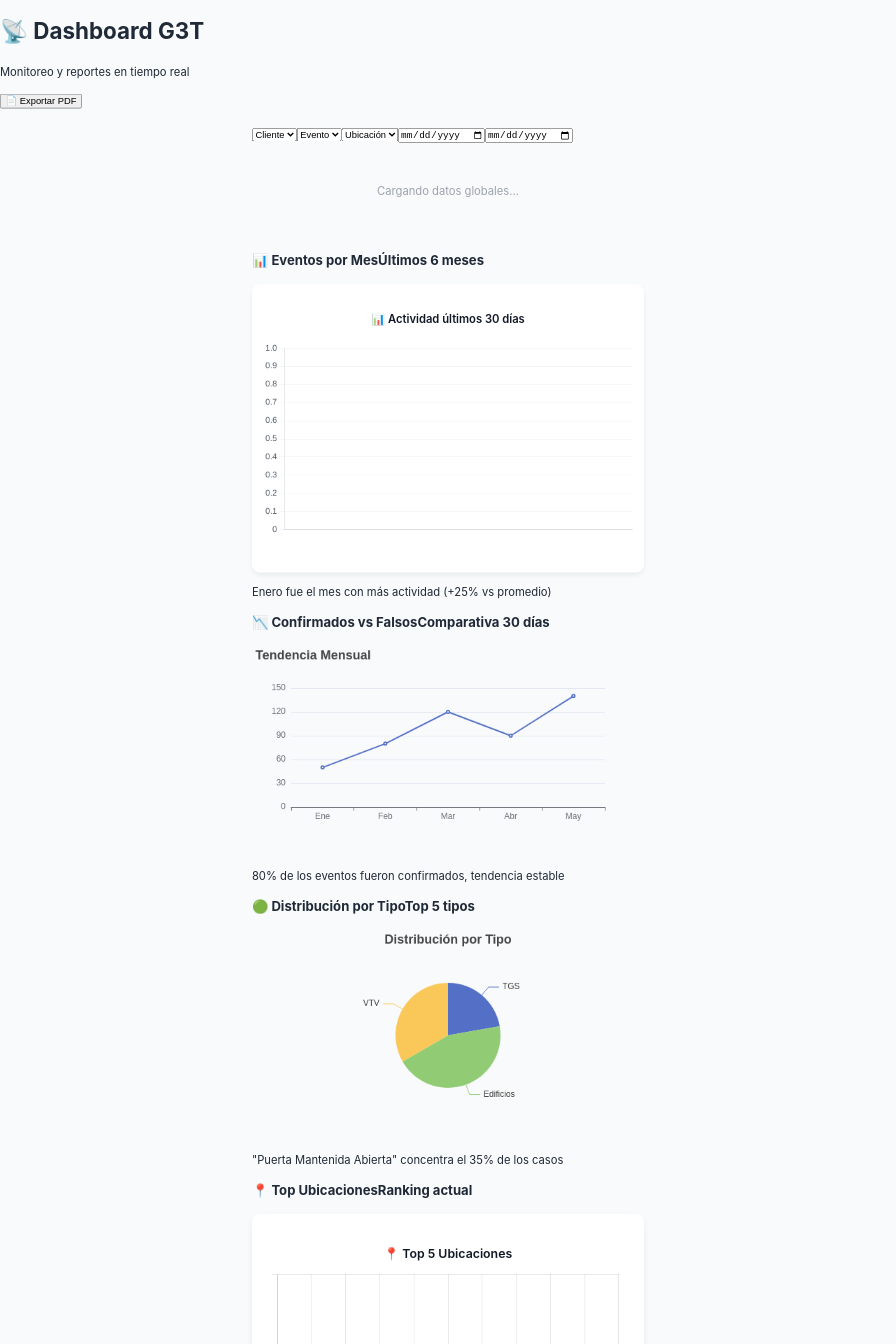
Repository: BBrian11/reportes
Page: /
These files come from the project's save history. The page is drawn as it stood at one moment and after the next save; the edit follows.
The browser window is 1280 px wide. The pictures show the part of the page from y = 0 to 1920 px (the page is 2575 px tall before and 2535 px after), at 70% of full size.
The page's requests for data from a server got no answer. The project was rebuilt for these pictures with package versions that can differ from the ones it lists, and the page was loaded fresh each time. No one was signed in, and anything a server would have sent is missing. Also part of the build but not shown: vite.config.js, src/components/Dashboard/StatsCards.jsx, src/components/Dashboard/ExportPDF.jsx, src/styles/tgsstats.css, src/components/Dashboard/TgsStats.jsx, src/styles/edificiostats.css, src/components/Dashboard/EdificioStats.jsx, src/styles/vtvstats.css and 3 more.

Above is the page before, as saved 2025-07-30 11:01:59.

### index.html
<!DOCTYPE html>
<html lang="es">
  <head>
    <meta charset="UTF-8" />
    <meta name="viewport" content="width=device-width, initial-scale=1.0" />
    <title>Dashboard G3T</title>
  </head>
  <body>
    <div id="root"></div>
    <script type="module" src="/src/main.jsx"></script>
  </body>
</html>

### src/main.jsx
import React from "react";
import ReactDOM from "react-dom/client";
import App from "./App.jsx";
import "./styles/dashboard.css";
import "./styles/form.css";

ReactDOM.createRoot(document.getElementById("root")).render(
  <React.StrictMode>
    <App />
  </React.StrictMode>
);

### src/App.jsx
import React from "react";
import Dashboard from "./components/Dashboard/Dashboard.jsx";

export default function App() {
  return <Dashboard />;
}

### src/components/Dashboard/Dashboard.jsx
// src/components/Dashboard/Dashboard.jsx
import React, { useEffect, useState } from "react";
import Header from "./Header.jsx";
import StatsCards from "./StatsCards.jsx";
import Filters from "./Filters.jsx";
import Charts from "./Charts.jsx";
import EventsTable from "./EventsTable.jsx";
import ExportPDF from "./ExportPDF.jsx";

import { collection, onSnapshot } from "firebase/firestore";
import { db } from "../../services/firebase";
import "../../styles/dashboard.css";
import TgsStats from "./TgsStats.jsx";
import EdificioStats from "./EdificioStats.jsx";
import VtvStats from "./VtvStats.jsx";
import GlobalStats from "./GlobalStats.jsx";



export default function Dashboard() {
  const [eventos, setEventos] = useState([]);
  const [filtros, setFiltros] = useState({
    cliente: "",
    evento: "",
    ubicacion: "",
    fechaInicio: "",
    fechaFin: "",
  });

  // 🔹 Cargar datos de TODAS las colecciones
  useEffect(() => {
    const collections = [
      { path: "novedades/tgs/eventos", cliente: "TGS", eventoKey: "evento-tgs", ubicacionKey: "locaciones-tgs" },
      { path: "novedades/edificios/eventos", cliente: "Edificios", eventoKey: "evento-edificio" }, // 🔥 Sin ubicacionKey fijo
      { path: "novedades/vtv/eventos", cliente: "VTV", eventoKey: "evento-vtv", ubicacionKey: "planta-vtv" },
      { path: "novedades/barrios/eventos", cliente: "Barrios", eventoKey: "evento-barrios", ubicacionKey: "barrio" },
      { path: "novedades/otros/eventos", cliente: "Otros", eventoKey: "evento-otros", ubicacionKey: "otro" }
    ];


    const unsubscribes = collections.map(({ path, cliente, eventoKey, ubicacionKey }) =>
      onSnapshot(collection(db, path), (snapshot) => {
        const nuevos = snapshot.docs.map((doc) => {
          const d = doc.data();

          let ubicacion = "Sin Ubicación";

          if (cliente === "Edificios") {
            // ✅ Armar la ubicación con Edificio + Unidad
            const edificio = d["edificio"] || "";
            const unidad = d["unidad"] ? ` - ${d["unidad"]}` : "";
            ubicacion = edificio ? edificio + unidad : "Sin Ubicación";
          } else {
            // ✅ Para los demás clientes usamos ubicacionKey
            ubicacion = d[ubicacionKey] || "Sin Ubicación";
          }

          return {
            id: doc.id,
            cliente,
            evento: d[eventoKey] || "Sin Evento",
            ubicacion,
            fecha: d.fechaHoraEnvio
              ? new Date(d.fechaHoraEnvio.seconds * 1000).toLocaleString("es-AR")
              : "Sin Fecha",
            observacion: d[`observaciones-${cliente.toLowerCase()}`] || "Sin Observación",
          };
        });


        setEventos((prev) => {
          const filtradosPrev = prev.filter((e) => e.cliente !== cliente);
          return [...filtradosPrev, ...nuevos];
        });
      })
    );

    return () => unsubscribes.forEach((unsub) => unsub());
  }, []);

  const eventosFiltrados = eventos
  .filter((e) => {
    const fechaEvento = new Date(e.fecha); // Asegura que sea Date
    const fechaInicio = filtros.fechaInicio ? new Date(filtros.fechaInicio) : null;
    const fechaFin = filtros.fechaFin ? new Date(filtros.fechaFin) : null;

    return (
      (!filtros.cliente || e.cliente === filtros.cliente) &&
      (!filtros.evento || e.evento === filtros.evento) &&
      (!filtros.ubicacion || e.ubicacion === filtros.ubicacion) &&
      (!fechaInicio || fechaEvento >= fechaInicio) &&
      (!fechaFin || fechaEvento <= fechaFin)
    );
  })
  // ✅ Ordenar por fecha ASC para gráficos
  .sort((a, b) => new Date(a.fecha) - new Date(b.fecha));

  return (
    <div className="dashboard-container">
      <Header />
      <div className="dashboard-content">
        <Filters filtros={filtros} setFiltros={setFiltros} eventos={eventos} />

        {/* ✅ Si NO hay cliente seleccionado → Vista general */}
        {!filtros.cliente && (
          <>

            <GlobalStats eventos={eventosFiltrados} />
            <Charts eventos={eventosFiltrados} />
            <EventsTable eventos={eventosFiltrados} />
          </>
        )}

        {/* ✅ Si hay cliente seleccionado → Vista exclusiva */}
        {filtros.cliente && (
          <>
            {filtros.cliente === "TGS" && (
              <TgsStats eventos={eventosFiltrados.filter(e => e.cliente === "TGS")} />
            )}
            {filtros.cliente === "Edificios" && (
              <EdificioStats eventos={eventosFiltrados.filter(e => e.cliente === "Edificios")} />
            )}
            {filtros.cliente === "VTV" && (
              <VtvStats eventos={eventosFiltrados.filter(e => e.cliente === "VTV")} />
            )}

            <Charts eventos={eventosFiltrados} />
            <EventsTable eventos={eventosFiltrados} />
          </>
        )}
      </div>
    </div>
  );



}

### src/components/Dashboard/Header.jsx
import React from 'react';

export default function Header() {
  return (
    <div className="bg-gradient-to-r from-blue-700 to-indigo-800 text-white p-4 rounded-lg shadow-md flex justify-between items-center mb-4">
      <div>
        <h1 className="text-xl font-bold">📡 Dashboard G3T</h1>
        <p className="text-sm">Monitoreo y reportes en tiempo real</p>
      </div>
      <button className="bg-white text-blue-900 px-4 py-2 rounded shadow hover:bg-gray-200 transition">
        📄 Exportar PDF
      </button>
    </div>
  );
}

### src/components/Dashboard/Filters.jsx
import React from 'react';

export default function Filters() {
  return (
    <div className="bg-white p-4 rounded-lg shadow mb-4 flex flex-wrap gap-2">
      <select className="border p-2 rounded w-full md:w-auto">
        <option>Cliente</option>
      </select>
      <select className="border p-2 rounded w-full md:w-auto">
        <option>Evento</option>
      </select>
      <select className="border p-2 rounded w-full md:w-auto">
        <option>Ubicación</option>
      </select>
      <input type="date" className="border p-2 rounded w-full md:w-auto" />
      <input type="date" className="border p-2 rounded w-full md:w-auto" />
    </div>
  );
}

### src/components/Dashboard/Charts.jsx
import React from "react";
import BarChart from "./BarChart";
import PieChart from "./PieChart";
import LineChart from "./LineChart";
import HorizontalChart from "./HorizontalChart";
import {
  Chart as ChartJS,
  CategoryScale,
  LinearScale,
  BarElement,
  ArcElement,
  PointElement,
  LineElement,
  Title,
  Tooltip,
  Legend,
} from "chart.js";

ChartJS.register(
  CategoryScale,
  LinearScale,
  BarElement,
  ArcElement,
  PointElement,
  LineElement,
  Title,
  Tooltip,
  Legend
);

export default function Charts({ eventos }) {
  return (
    <div className="grid grid-cols-1 lg:grid-cols-2 gap-6 mb-6">
      {/* Eventos por mes */}
      <div className="bg-white rounded-xl shadow p-4 hover:shadow-lg transition">
        <h3 className="text-lg font-semibold mb-4 flex items-center justify-between">
          📊 Eventos por Mes
          <span className="text-xs text-gray-500">Últimos 6 meses</span>
        </h3>
        <BarChart eventos={eventos} />
        <p className="text-sm text-gray-500 mt-3 text-center">
          Enero fue el mes con más actividad (+25% vs promedio)
        </p>
      </div>

      {/* Tendencia Confirmados vs Falsos */}
      <div className="bg-white rounded-xl shadow p-4 hover:shadow-lg transition">
        <h3 className="text-lg font-semibold mb-4 flex items-center justify-between">
          📉 Confirmados vs Falsos
          <span className="text-xs text-gray-500">Comparativa 30 días</span>
        </h3>
        <LineChart eventos={eventos} />
        <p className="text-sm text-gray-500 mt-3 text-center">
          80% de los eventos fueron confirmados, tendencia estable
        </p>
      </div>

      {/* Distribución por tipo */}
      <div className="bg-white rounded-xl shadow p-4 hover:shadow-lg transition">
        <h3 className="text-lg font-semibold mb-4 flex items-center justify-between">
          🟢 Distribución por Tipo
          <span className="text-xs text-gray-500">Top 5 tipos</span>
        </h3>
        <PieChart eventos={eventos} />
        <p className="text-sm text-gray-500 mt-3 text-center">
          "Puerta Mantenida Abierta" concentra el 35% de los casos
        </p>
      </div>

      {/* Top ubicaciones */}
      <div className="bg-white rounded-xl shadow p-4 hover:shadow-lg transition">
        <h3 className="text-lg font-semibold mb-4 flex items-center justify-between">
          📍 Top Ubicaciones
          <span className="text-xs text-gray-500">Ranking actual</span>
        </h3>
        <HorizontalChart eventos={eventos} />
        <p className="text-sm text-gray-500 mt-3 text-center">
          Planta Sur lidera con el 40% del total de eventos
        </p>
      </div>
    </div>
  );
}

### src/components/Dashboard/EventsTable.jsx
import React from "react";
import DataTable, { createTheme } from "react-data-table-component";
import "../../styles/eventstable.css";

// ✅ Tema personalizado para DataTable
createTheme("g3tTheme", {
  text: {
    primary: "#1f2937",
    secondary: "#6b7280",
  },
  background: {
    default: "#ffffff",
  },
  context: {
    background: "#2563eb",
    text: "#FFFFFF",
  },
  divider: {
    default: "#e5e7eb",
  },
  action: {
    button: "rgba(0,0,0,.54)",
    hover: "rgba(0,0,0,.08)",
    disabled: "rgba(0,0,0,.12)",
  },
});

export default function EventsTable({ eventos }) {
  const columns = [
    { name: "Cliente", selector: row => row.cliente, sortable: true, grow: 1.2 },
    { name: "Evento", selector: row => row.evento, sortable: true, grow: 1.5 },
    { name: "Ubicación", selector: row => row.ubicacion, grow: 1.3 },
    { name: "Fecha", selector: row => row.fecha, sortable: true, right: true, grow: 1.2 },
    { name: "Observación", selector: row => row.observacion, grow: 2, wrap: true },
  ];

  const customStyles = {
    headCells: {
      style: {
        fontWeight: "700",
        fontSize: "14px",
        backgroundColor: "#111827",
        color: "#fff",
        paddingTop: "12px",
        paddingBottom: "12px",
      },
    },
    cells: {
      style: {
        fontSize: "13px",
        paddingTop: "8px",
        paddingBottom: "8px",
      },
    },
    rows: {
      style: {
        "&:hover": {
          backgroundColor: "#f3f4f6",
          cursor: "pointer",
        },
      },
    },
  };

  return (
    <div className="event-table-card">
      <div className="table-header">
        <h3 className="table-title">
          📋 Registro de Eventos
        </h3>
        <span className="table-subtitle">Listado actualizado en tiempo real</span>
      </div>
      <DataTable
        columns={columns}
        data={eventos}
        pagination
        highlightOnHover
        responsive
        persistTableHead
        striped
        noDataComponent="No hay eventos para mostrar."
        theme="g3tTheme"
        customStyles={customStyles}
        paginationPerPage={10}
        paginationRowsPerPageOptions={[10, 20, 50]}
        fixedHeader
        fixedHeaderScrollHeight="400px"
      />
    </div>
  );
}

### src/components/Dashboard/GlobalStats.jsx
import React from "react";
import "../../styles/globalstats.css";

export default function GlobalStats({ eventos }) {
  if (!eventos || eventos.length === 0) {
    return (
      <div className="loading-message">Cargando datos globales...</div>
    );
  }

  // Contar frecuencia de eventos
  const eventCount = {};
  eventos.forEach(e => {
    eventCount[e.evento] = (eventCount[e.evento] || 0) + 1;
  });

  const eventosOrdenados = Object.entries(eventCount)
    .sort((a, b) => b[1] - a[1])
    .slice(0, 5); // Top 5 eventos

  const totalEventos = eventos.length;

  return (
    <div className="global-card">
      <h3 className="global-title">📊 Analítica General</h3>
      <div className="global-grid">
        <div className="global-item">
          <p className="global-label">Total Eventos</p>
          <h2 className="global-value">{totalEventos}</h2>
        </div>
        <div className="global-item">
          <p className="global-label">Eventos únicos</p>
          <h2 className="global-value">{Object.keys(eventCount).length}</h2>
        </div>
      </div>

      <div className="ranking-card">
        <h4 className="ranking-title">Eventos más frecuentes</h4>
        <ul className="ranking-list">
          {eventosOrdenados.map(([evento, count], idx) => (
            <li key={idx} className="ranking-item">
              <span className="ranking-name">{evento}</span>
              <span className="ranking-count">{count}</span>
            </li>
          ))}
        </ul>
      </div>
    </div>
  );
}

### src/styles/statscards.css
.stats-grid {
    display: grid;
    grid-template-columns: 1fr;
    gap: 20px;
    margin-bottom: 20px;
  }

  @media (min-width: 768px) {
    .stats-grid {
      grid-template-columns: repeat(3, 1fr);
    }
  }

  .stats-card {
    background: #fff;
    padding: 20px;
    border-radius: 12px;
    box-shadow: 0 4px 8px rgba(0,0,0,0.08);
    display: flex;
    align-items: center;
    gap: 15px;
    transition: transform 0.2s ease, box-shadow 0.2s ease;
  }

  .stats-card:hover {
    transform: translateY(-4px);
    box-shadow: 0 8px 16px rgba(0,0,0,0.12);
  }

  .stats-icon {
    font-size: 2rem;
    background: #f3f4f6;
    border-radius: 50%;
    width: 50px;
    height: 50px;
    display: flex;
    align-items: center;
    justify-content: center;
  }

  .stats-title {
    font-size: 0.9rem;
    color: #6b7280;
    font-weight: 500;
  }

  .stats-value {
    font-size: 1.4rem;
    font-weight: bold;
    color: #111827;
  }

  .loading-message {
    text-align: center;
    font-size: 1rem;
    color: #9ca3af;
  }

### src/components/Dashboard/BarChart.jsx
import { Bar } from "react-chartjs-2";
import "../../styles/barChart.css";

export default function BarChart({ eventos }) {
  // ✅ Filtrar últimos 30 días
  const hoy = new Date();
  const hace30dias = new Date();
  hace30dias.setDate(hoy.getDate() - 30);

  const ultimosEventos = eventos.filter(e => {
    const fecha = new Date(e.fecha);
    return fecha >= hace30dias && fecha <= hoy;
  });

  // ✅ Agrupar por día
  const grouped = {};
  ultimosEventos.forEach(e => {
    const date = new Date(e.fecha);
    const key = date.toLocaleDateString("es-AR", { day: "2-digit", month: "short" });
    grouped[key] = (grouped[key] || 0) + 1;
  });

  // ✅ Ordenar por fecha real (usando índice de fecha)
  const sortedKeys = Object.keys(grouped).sort((a, b) => {
    const parse = (str) => {
      const [day, month] = str.split(" ");
      const meses = ["ene","feb","mar","abr","may","jun","jul","ago","sep","oct","nov","dic"];
      return new Date(2025, meses.indexOf(month), parseInt(day));
    };
    return parse(a) - parse(b);
  });

  const data = {
    labels: sortedKeys,
    datasets: [
      {
        label: "Eventos",
        data: sortedKeys.map(k => grouped[k]),
        backgroundColor: "#2563eb",
        borderRadius: 6,
        barThickness: 18,
      },
    ],
  };

  const options = {
    responsive: true,
    maintainAspectRatio: false,
    plugins: {
      legend: { display: false },
      tooltip: {
        callbacks: {
          label: (ctx) => `${ctx.parsed.y} eventos`,
        },
      },
    },
    scales: {
      x: {
        ticks: { color: "#4b5563", font: { size: 12 } },
        grid: { display: false },
      },
      y: {
        ticks: { color: "#4b5563" },
        grid: { color: "#f3f4f6" },
      },
    },
  };

  return (
    <div className="bar-chart-card">
      <h4 className="bar-chart-title">📊 Actividad últimos 30 días</h4>
      <div className="bar-chart-wrapper">
        <Bar data={data} options={options} />
      </div>
    </div>
  );
}

### src/components/Dashboard/PieChart.jsx
import React, { useEffect } from 'react';
import * as echarts from 'echarts';

export default function PieChart() {
  useEffect(() => {
    const chart = echarts.init(document.getElementById('pieChart'));
    chart.setOption({
      title: { text: 'Distribución por Tipo', left: 'center' },
      series: [
        {
          type: 'pie',
          radius: '50%',
          data: [
            { value: 10, name: 'TGS' },
            { value: 20, name: 'Edificios' },
            { value: 15, name: 'VTV' }
          ]
        }
      ]
    });
  }, []);

  return <div id="pieChart" style={{ height: '300px' }} className="bg-white rounded-lg shadow p-2"></div>;
}

### src/components/Dashboard/LineChart.jsx
import React, { useEffect } from 'react';
import * as echarts from 'echarts';

export default function LineChart() {
  useEffect(() => {
    const chart = echarts.init(document.getElementById('lineChart'));
    chart.setOption({
      title: { text: 'Tendencia Mensual' },
      xAxis: { type: 'category', data: ['Ene', 'Feb', 'Mar', 'Abr', 'May'] },
      yAxis: { type: 'value' },
      series: [{ data: [50, 80, 120, 90, 140], type: 'line' }]
    });
  }, []);

  return <div id="lineChart" style={{ height: '300px' }} className="bg-white rounded-lg shadow p-2"></div>;
}

### src/components/Dashboard/HorizontalChart.jsx
import { Bar } from "react-chartjs-2";
import "../../styles/horizontalchart.css"; // ✅ Nueva hoja de estilos

export default function HorizontalChart({ eventos }) {
  const countByLocation = {};
  eventos.forEach(e => {
    countByLocation[e.ubicacion] = (countByLocation[e.ubicacion] || 0) + 1;
  });

  const sorted = Object.entries(countByLocation)
    .sort((a, b) => b[1] - a[1])
    .slice(0, 5);

  const labels = sorted.map(([loc]) => loc);
  const values = sorted.map(([_, count]) => count);
  const total = values.reduce((a, b) => a + b, 0);

  const colors = ["#2563eb", "#16a34a", "#f59e0b", "#dc2626", "#6b7280"];

  const data = {
    labels,
    datasets: [
      {
        label: "Eventos",
        data: values,
        backgroundColor: colors,
        borderRadius: 6,
        barThickness: 28,
      },
    ],
  };

  const options = {
    indexAxis: "y",
    responsive: true,
    maintainAspectRatio: false,
    plugins: {
      legend: { display: false },
      tooltip: {
        callbacks: {
          label: (ctx) => {
            const count = ctx.parsed.x;
            const pct = ((count / total) * 100).toFixed(1);
            return ` ${count} eventos (${pct}%)`;
          },
        },
      },
    },
    scales: {
      x: {
        ticks: {
          callback: (value) => value + " evt",
        },
      },
    },
  };

  return (
    <div className="horizontal-chart-card">
      <h4 className="horizontal-chart-title">📍 Top 5 Ubicaciones</h4>
      <div className="horizontal-chart-wrapper">
        <Bar data={data} options={options} />
      </div>
      <div className="horizontal-chart-footer">
        Total: <span>{total}</span> eventos
      </div>
    </div>
  );
}

### src/styles/eventstable.css
.event-table-card {
    background: #fff;
    border-radius: 12px;
    box-shadow: 0 4px 8px rgba(0,0,0,0.08);
    padding: 20px;
    margin-top: 20px;
    overflow: hidden;
  }

  .table-header {
    display: flex;
    flex-direction: column;
    margin-bottom: 16px;
  }

  .table-title {
    font-size: 1rem;
    font-weight: 700;
    color: #111827;
    display: flex;
    align-items: center;
    gap: 8px;
  }

  .table-subtitle {
    font-size: 0.85rem;
    color: #6b7280;
  }

  .rdt_TableHeader {
    border-bottom: 1px solid #e5e7eb;
  }

  .rdt_Table {
    font-size: 14px;
  }

  .rdt_TableRow {
    transition: background 0.2s ease;
  }

  .rdt_TableRow:hover {
    background: #f9fafb;
  }

  .rdt_Pagination {
    border-top: 1px solid #e5e7eb;
    padding: 10px;
    font-size: 0.85rem;
  }

### src/styles/barChart.css
.bar-chart-card {
    background: #fff;
    border-radius: 12px;
    padding: 16px;
    box-shadow: 0 4px 8px rgba(0, 0, 0, 0.06);
    display: flex;
    flex-direction: column;
    gap: 12px;
    height: 380px;
    transition: box-shadow 0.2s ease, transform 0.2s ease;
  }

  .bar-chart-card:hover {
    transform: translateY(-3px);
    box-shadow: 0 6px 14px rgba(0, 0, 0, 0.08);
  }

  .bar-chart-title {
    font-size: 1rem;
    font-weight: 600;
    color: #111827;
    text-align: center;
    margin-bottom: 8px;
  }

  .bar-chart-wrapper {
    position: relative;
    height: 280px;
  }

### src/styles/horizontalchart.css
.horizontal-chart-card {
    background: #fff;
    border-radius: 12px;
    padding: 20px;
    box-shadow: 0 4px 10px rgba(0, 0, 0, 0.06);
    display: flex;
    flex-direction: column;
    justify-content: space-between;
    height: 100%;
    transition: transform 0.2s ease, box-shadow 0.2s ease;
  }

  .horizontal-chart-card:hover {
    transform: translateY(-4px);
    box-shadow: 0 8px 16px rgba(0, 0, 0, 0.08);
  }

  .horizontal-chart-title {
    font-size: 1.1rem;
    font-weight: 600;
    color: #111827;
    margin-bottom: 16px;
    text-align: center;
  }

  .horizontal-chart-wrapper {
    position: relative;
    height: 300px;
    margin-bottom: 12px;
  }

  .horizontal-chart-footer {
    font-size: 0.9rem;
    color: #6b7280;
    text-align: center;
    margin-top: 8px;
  }

  .horizontal-chart-footer span {
    font-weight: bold;
    color: #2563eb;
  }

Loaded but not shown: src/services/firebase.js (16 lines, source omitted); src/styles/dashboard.css (464 lines, source omitted)

After the next save:
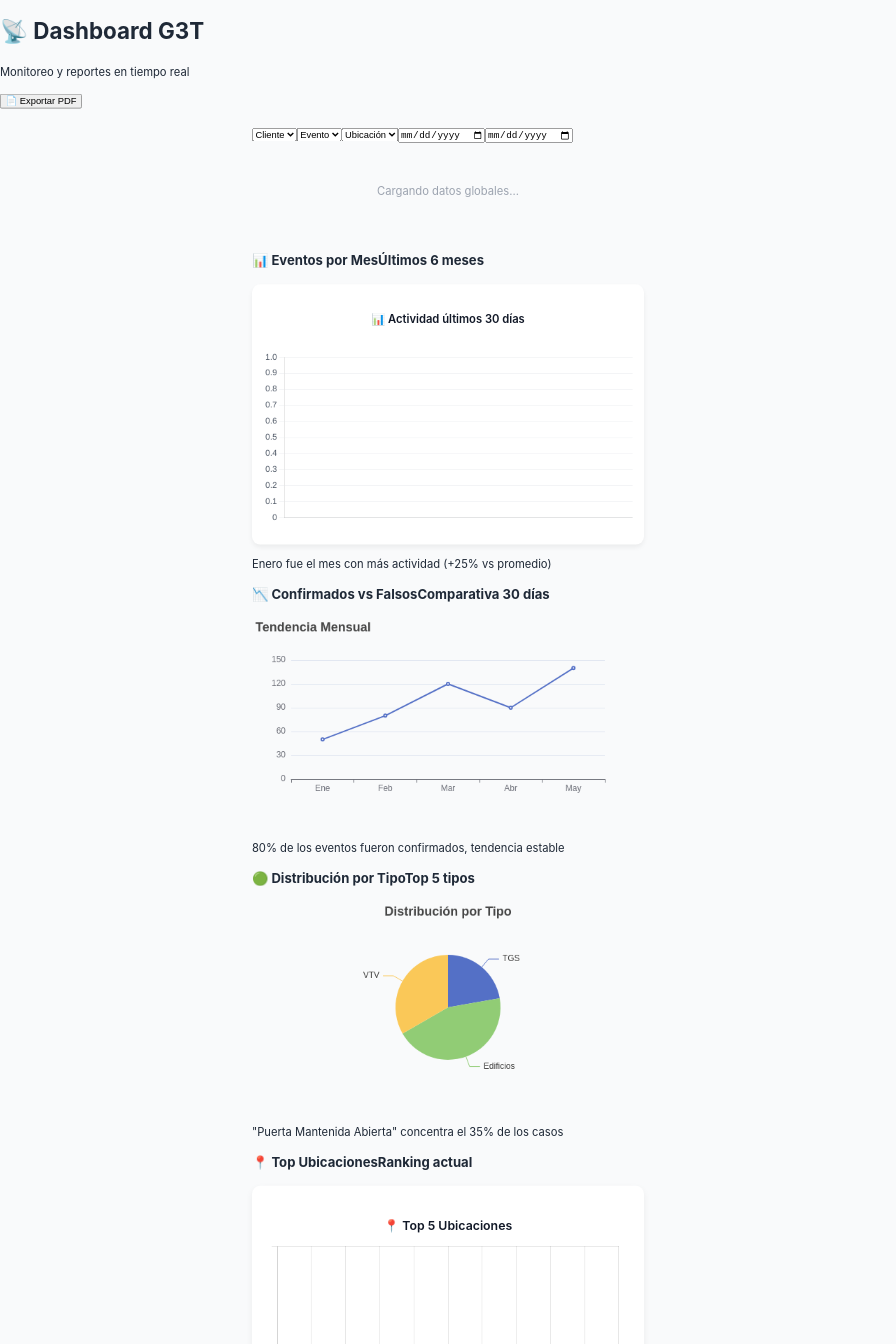
Saved 13 s later.
--- a/src/styles/barChart.css
+++ b/src/styles/barChart.css
@@ -6,13 +6,7 @@
     display: flex;
     flex-direction: column;
     gap: 12px;
-    height: 380px;
-    transition: box-shadow 0.2s ease, transform 0.2s ease;
-  }
-
-  .bar-chart-card:hover {
-    transform: translateY(-3px);
-    box-shadow: 0 6px 14px rgba(0, 0, 0, 0.08);
+    height: 340px;
   }
 
   .bar-chart-title {
@@ -20,10 +14,9 @@
     font-weight: 600;
     color: #111827;
     text-align: center;
-    margin-bottom: 8px;
   }
 
   .bar-chart-wrapper {
     position: relative;
-    height: 280px;
+    height: 250px;
   }
